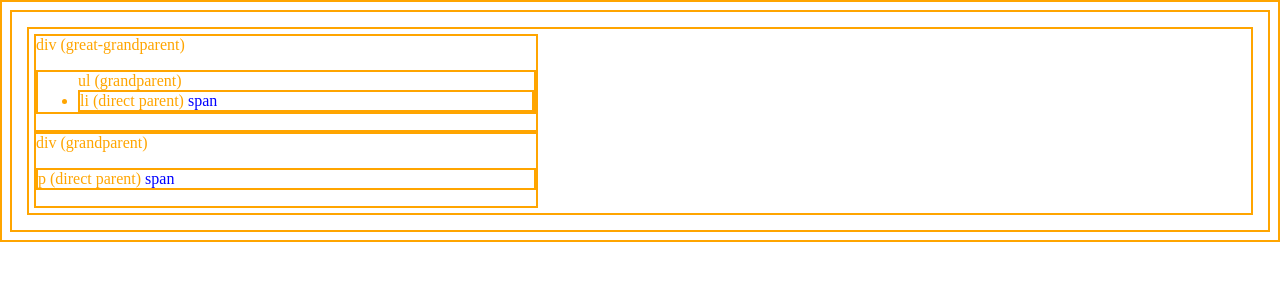
Repository: tjdwlsl/jspstudy
Page: http://localhost/JQuery_Ajax/jquery/ex15_DOM.jsp
The author's editor kept a copy of each file at every save. The page is drawn from the files as they stood at one save, then again after the next save.
The browser window is 1280 px wide. The pictures show the whole page.
The page is served by Tomcat 9.

Above is the page before, as saved 2023-07-19 08:54:07.

After the next save:
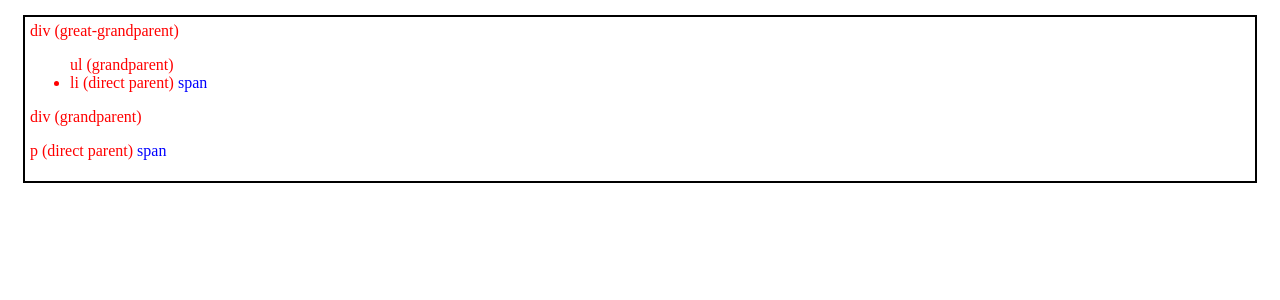
Saved 98 s later.
--- a/JQuery_Ajax/src/main/webapp/jquery/ex15_DOM.jsp
+++ b/JQuery_Ajax/src/main/webapp/jquery/ex15_DOM.jsp
@@ -21,11 +21,12 @@
 //부모,자식,자손,형제
 //parent() 메서드는 선택한 요소의 직접적인 상위 요소를 반환함
 //parents() 메서드는 루트요소까지 선택한 요소의 모든 상위 요소를 뜻함
+//parentsUntill()는 선택한 요소와 선택한 상위 요소 사이
 
 $(document).ready(function(){
 	$("span").css("color", "blue");
-	$("span").parent().css({"color": "skyblue", "border":"2px solid skyblue"});
-	$("span").parents().css({"color": "orange", "border":"2px solid orange"});
+	//$("span").parent().css({"color": "skyblue", "border":"2px solid skyblue"});
+	//$("span").parents().css({"color": "orange", "border":"2px solid orange"});
 });
 </script>
 

After the save that followed:
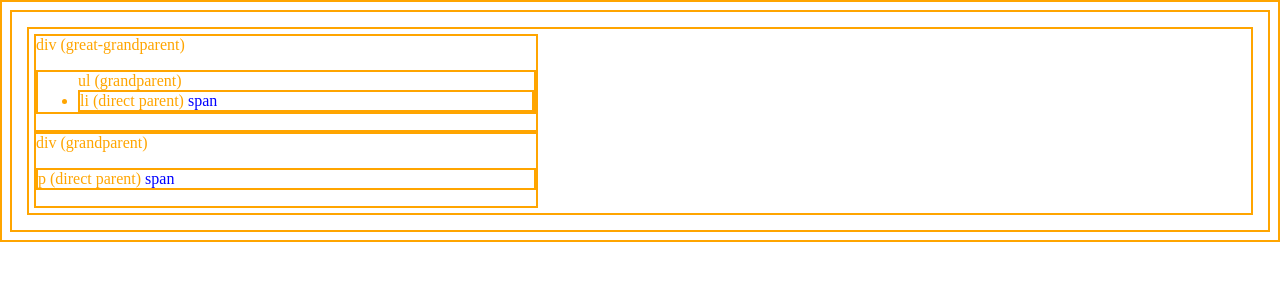
Saved 13 s later.
--- a/JQuery_Ajax/src/main/webapp/jquery/ex15_DOM.jsp
+++ b/JQuery_Ajax/src/main/webapp/jquery/ex15_DOM.jsp
@@ -27,6 +27,8 @@
 	$("span").css("color", "blue");
 	//$("span").parent().css({"color": "skyblue", "border":"2px solid skyblue"});
 	//$("span").parents().css({"color": "orange", "border":"2px solid orange"});
+	$("span").parents().css({"color": "orange", "border":"2px solid orange"});
+
 });
 </script>
 
